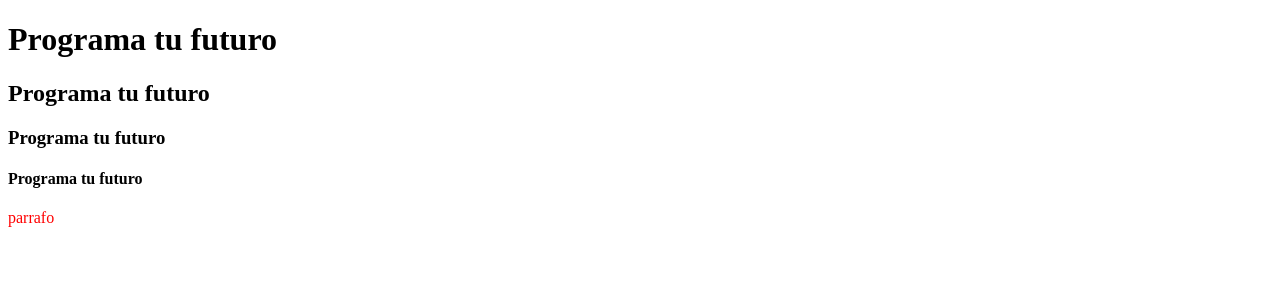
Repository: keanzato/Workspace
Page: login-web-app/src/main/webapp/index.html
An editor plug-in stored every save of this project. The page is shown before and after the next save, followed by the edit.
The browser window is 1280 px wide. The pictures show the whole page.

Above is the page before, as saved 2016-06-20 16:28:45.

### login-web-app/src/main/webapp/index.html
<!DOCTYPE html>
<html>
	<head>
		<meta charset="ISO-8859-1">
		<title>Pagina inicial</title>
	</head>

	<body>

		<h1>Programa tu futuro</h1>
		<h2>Programa tu futuro</h2>
		<h3>Programa tu futuro</h3>
		<h4>Programa tu futuro</h4>

		<p style="color: red;">parrafo</p>
	</body>
</html>

After the next save:
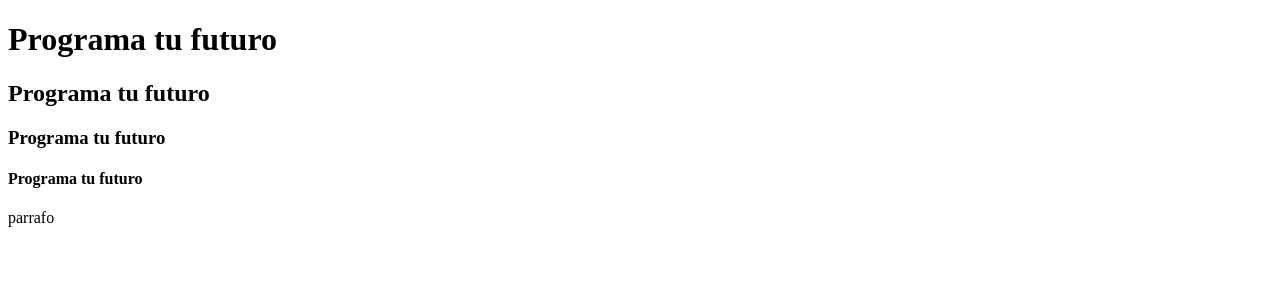
Saved 2 min 14 s later.
--- a/login-web-app/src/main/webapp/index.html
+++ b/login-web-app/src/main/webapp/index.html
@@ -3,7 +3,7 @@
 	<head>
 		<meta charset="ISO-8859-1">
 		<title>Pagina inicial</title>
-	</head>
+
 
 	<body>
 
@@ -12,6 +12,6 @@
 		<h3>Programa tu futuro</h3>
 		<h4>Programa tu futuro</h4>
 
-		<p style="color: red;">parrafo</p>
+		<p>parrafo</p>
 	</body>
 </html>

After the save that followed:
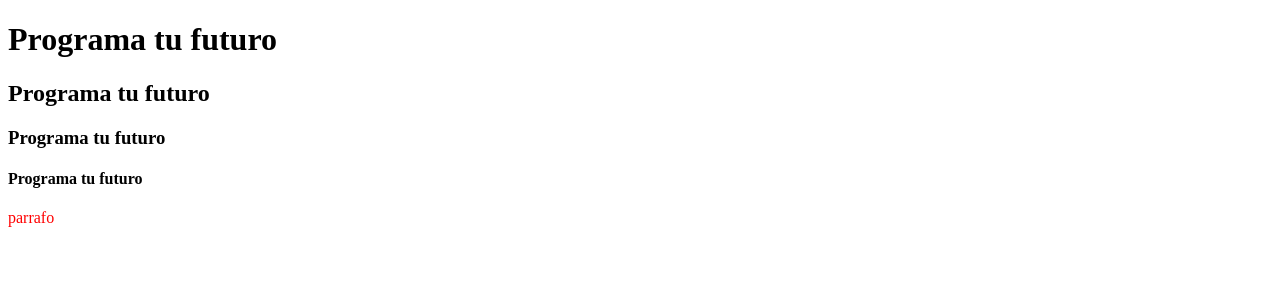
Saved 116 s later.
--- a/login-web-app/src/main/webapp/index.html
+++ b/login-web-app/src/main/webapp/index.html
@@ -3,7 +3,9 @@
 	<head>
 		<meta charset="ISO-8859-1">
 		<title>Pagina inicial</title>
-
+		<style type = "text/css">
+			p{color: red;}
+		</style>
 
 	<body>
 
